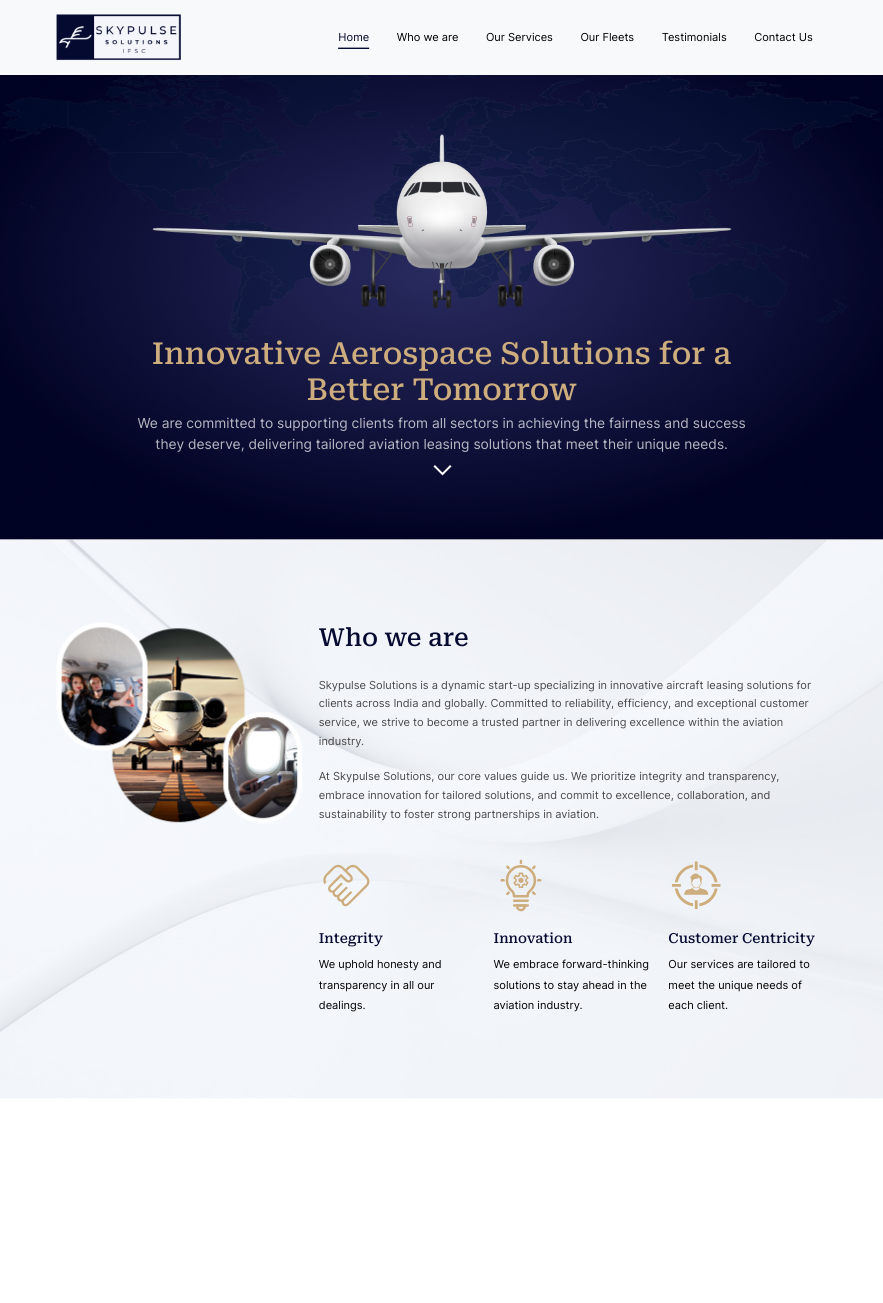
Repository: mangalravi/SkyPulse
Page: index.html
An editor plug-in stored every save of this project. The page is shown before and after a run of saves, followed by the edit.
The browser window is 1280 px wide. The pictures show the whole page, at 69% of full size.

Above is the page before, as saved 2024-12-30 10:48:55.

After the next 3 saves:
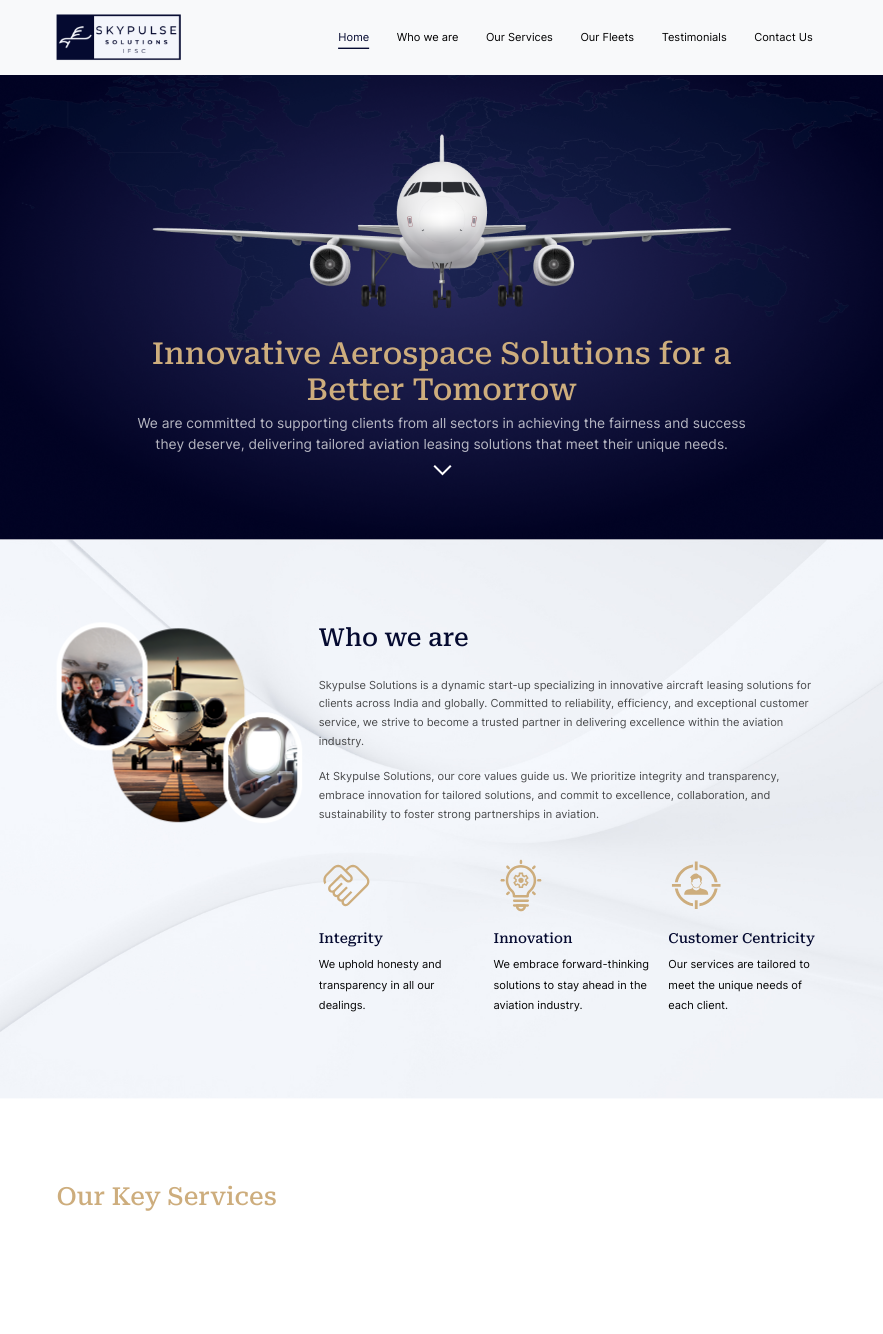
The 3 saves are shown as one change because they came seconds apart.
The last was saved 10 s later.
--- a/index.html
+++ b/index.html
@@ -117,7 +117,7 @@
           </section>
           <section class="service">
             <div class="container">
-              <h2 class="sec-head gold"></h2>
+              <h2 class="sec-head gold text-c">Our Key Services</h2>
               <div class="row">
                 <div class="col-md-4">
                   <div class="servicecntnt">
